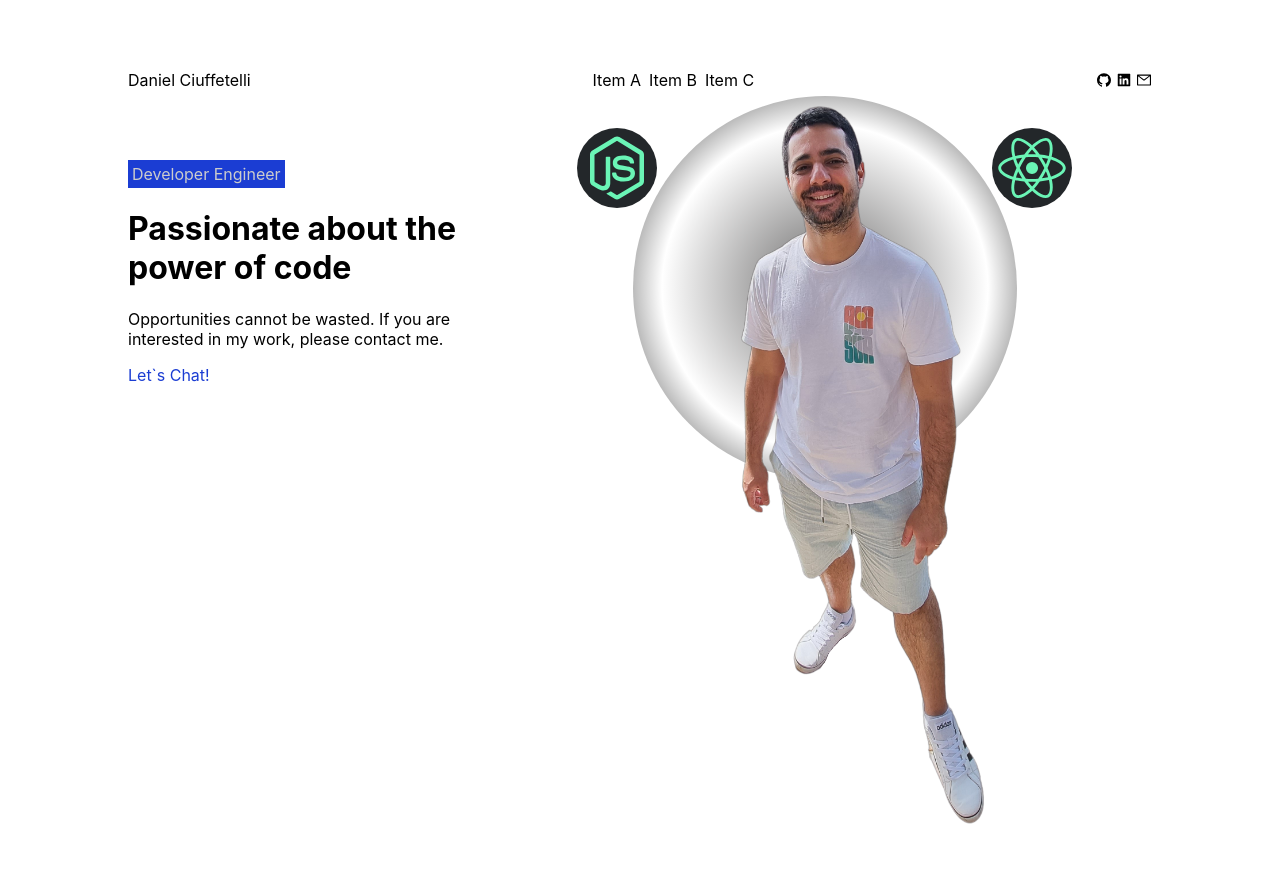
Repository: ciuffetelli/portfolio
Page: /
An editor plug-in stored every save of this project. The page is shown before and after the next save, followed by the edit.
The browser window is 1280 px wide. The pictures show the whole page.
The project was rebuilt for these pictures with package versions that can differ from the ones it lists, and the page was loaded fresh each time. The framework's server and built-in components were replaced by stand-ins that run in the browser. Also part of the build but not shown: next.config.js.

Above is the page before, as saved 2022-12-04 17:09:20.

After the next save:
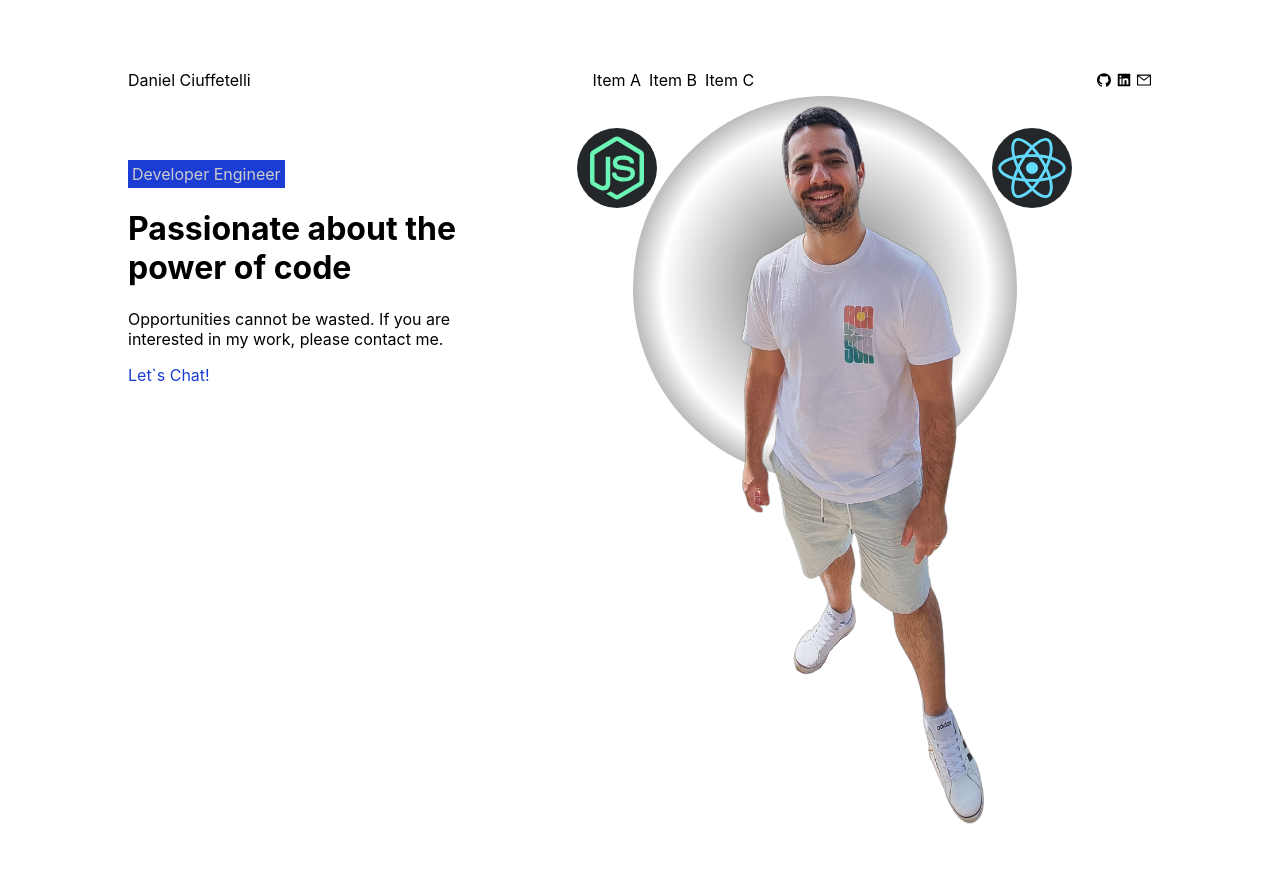
Saved 41 s later.
--- a/Components/Hero.tsx
+++ b/Components/Hero.tsx
@@ -99,5 +99,5 @@
 const React = styled(IoLogoReact)`
     width: 100%;
     height: 100%;
-    color: #6af5b6;
+    color: #61dafb;
 `
